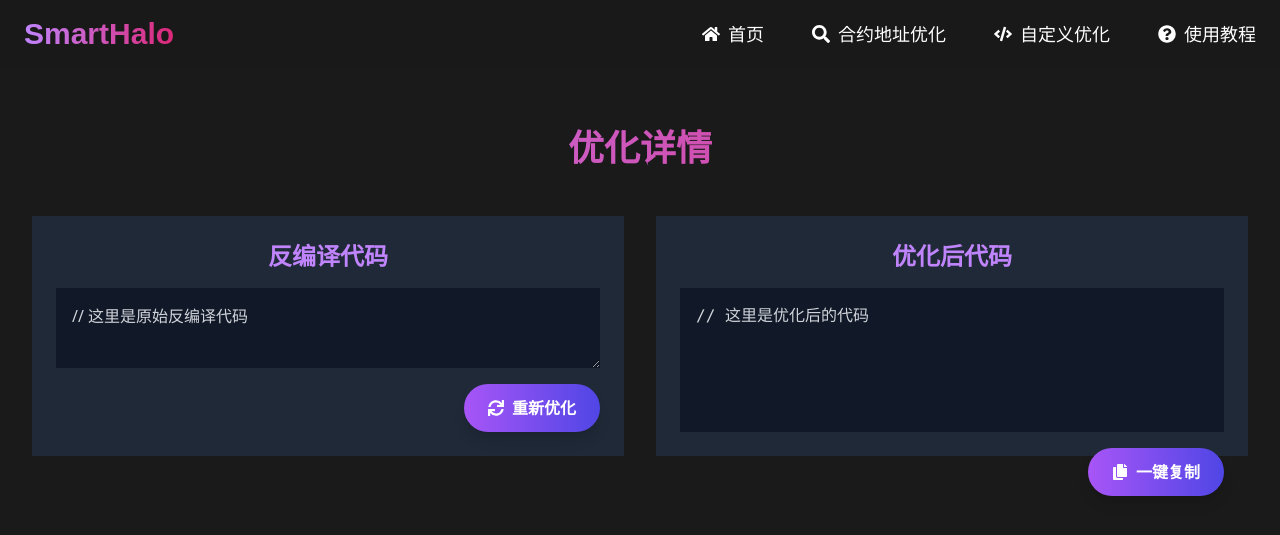
Repository: RunnerQuan/smart-halo
Page: /optimization-details
These files come from the project's save history. The page is drawn as it stood at one moment and after a run of saves; the edit follows.
The browser window is 1280 px wide. The pictures show the whole page.
The project was rebuilt for these pictures with package versions that can differ from the ones it lists, and the page was loaded fresh each time. The framework's server and built-in components were replaced by stand-ins that run in the browser. Also part of the build but not shown: next.config.mjs.

Above is the page before, as saved 2024-10-18 14:42:43.

### app/optimization-details/page.tsx
// "use client";

// import { useState } from 'react';
// import { motion } from 'framer-motion';
// import AnimatedButton from '../../components/ui/animated-button';
// import Navbar from '../../components/Navbar';
// import { FaCopy, FaSync } from 'react-icons/fa';

// export default function OptimizationDetails() {
//   const [isCopied, setIsCopied] = useState(false);
//   const [originalCode, setOriginalCode] = useState('// 这里是原始反编译代码');
//   const [optimizedCode, setOptimizedCode] = useState('// 这里是优化后的代码');

//   const handleCopy = () => {
//     navigator.clipboard.writeText(optimizedCode);
//     setIsCopied(true);
//     setTimeout(() => setIsCopied(false), 2000);
//   };

//   const handleReoptimize = () => {
//     // 这里应该是重新优化的逻辑
//     console.log("重新优化");
//   };

//   return (
//     <main className="flex min-h-screen flex-col items-center justify-start p-8 bg-[#1A1A1A] text-white font-sans">
//       <Navbar />
//       <div className="mt-24 w-full max-w-7xl mx-auto">
//         <motion.h1
//           className="text-4xl font-bold mb-12 text-center text-transparent bg-clip-text bg-gradient-to-r from-purple-400 to-pink-600"
//           initial={{ opacity: 0, y: -50 }}
//           animate={{ opacity: 1, y: 0 }}
//           transition={{ duration: 0.5 }}
//         >
//           优化详情
//         </motion.h1>

//         <div className="w-full flex flex-col md:flex-row space-y-8 md:space-y-0 md:space-x-8">
//           <motion.div
//             className="flex-1 bg-gray-800 rounded-lg p-6 relative"
//             initial={{ opacity: 0, x: -50 }}
//             animate={{ opacity: 1, x: 0 }}
//             transition={{ duration: 0.5, delay: 0.2 }}
//           >
//             <h2 className="text-2xl font-semibold mb-4 text-purple-400 text-center">反编译代码</h2>
//             <textarea
//               className="w-full h-[calc(100vh-300px)] bg-gray-900 text-gray-300 p-4 rounded-lg focus:outline-none focus:ring-2 focus:ring-purple-500"
//               value={originalCode}
//               onChange={(e) => setOriginalCode(e.target.value)}
//             ></textarea>
//             <div className="absolute bottom-4 right-4">
//               <AnimatedButton onClick={handleReoptimize} className="flex items-center">
//                 <FaSync className="mr-2" />
//                 重新优化
//               </AnimatedButton>
//             </div>
//           </motion.div>

//           <motion.div
//             className="flex-1 bg-gray-800 rounded-lg p-6"
//             initial={{ opacity: 0, x: 50 }}
//             animate={{ opacity: 1, x: 0 }}
//             transition={{ duration: 0.5, delay: 0.4 }}
//           >
//             <h2 className="text-2xl font-semibold mb-4 text-purple-400 text-center">优化后代码</h2>
//             <div className="relative">
//               <pre className="w-full h-[calc(100vh-300px)] bg-gray-900 text-gray-300 p-4 rounded-lg overflow-auto">
//                 {optimizedCode}
//               </pre>
//               <div className="absolute bottom-4 right-4">
//                 <AnimatedButton onClick={handleCopy} className="flex items-center">
//                   <FaCopy className="mr-2" />
//                   一键复制
//                 </AnimatedButton>
//               </div>
//             </div>
//           </motion.div>
//         </div>

//         {isCopied && (
//           <motion.div
//             className="fixed bottom-8 right-8 bg-green-500 text-white px-4 py-2 rounded-lg shadow-lg"
//             initial={{ opacity: 0, y: 50 }}
//             animate={{ opacity: 1, y: 0 }}
//             exit={{ opacity: 0, y: 50 }}
//           >
//             优化后代码已复制到剪贴板
//           </motion.div>
//         )}
//       </div>
//     </main>
//   );
// }

"use client";

import { useState } from 'react';
import { motion } from 'framer-motion';
import AnimatedButton from '../../components/ui/animated-button';
import Navbar from '../../components/Navbar';
import { FaCopy, FaSync } from 'react-icons/fa';

export default function OptimizationDetails() {
  const [isCopied, setIsCopied] = useState(false);
  const [originalCode, setOriginalCode] = useState('// 这里是原始反编译代码');
  const [optimizedCode, setOptimizedCode] = useState('// 这里是优化后的代码');

  const handleCopy = () => {
    navigator.clipboard.writeText(optimizedCode);
    setIsCopied(true);
    setTimeout(() => setIsCopied(false), 2000);
  };

  const handleReoptimize = () => {
    // 这里应该是重新优化的逻辑
    console.log("重新优化");
  };

  return (
    <main className="flex min-h-screen flex-col items-center justify-start p-8 bg-[#1A1A1A] text-white font-sans">
      <Navbar />
      <div className="mt-24 w-full max-w-7xl mx-auto">
        <motion.h1
          className="text-4xl font-bold mb-12 text-center text-transparent bg-clip-text bg-gradient-to-r from-purple-400 to-pink-600"
          initial={{ opacity: 0, y: -50 }}
          animate={{ opacity: 1, y: 0 }}
          transition={{ duration: 0.5 }}
        >
          优化详情
        </motion.h1>

        <div className="w-full flex flex-col md:flex-row space-y-8 md:space-y-0 md:space-x-8">
          <motion.div
            className="flex-1 bg-gray-800 rounded-lg p-6 relative flex flex-col"
            initial={{ opacity: 0, x: -50 }}
            animate={{ opacity: 1, x: 0 }}
            transition={{ duration: 0.5, delay: 0.2 }}
          >
            <h2 className="text-2xl font-semibold mb-4 text-purple-400 text-center">反编译代码</h2>
            <textarea
              className="w-full flex-1 bg-gray-900 text-gray-300 p-4 rounded-lg focus:outline-none focus:ring-2 focus:ring-purple-500"
              value={originalCode}
              onChange={(e) => setOriginalCode(e.target.value)}
            ></textarea>
            <div className="mt-4 flex justify-end">
              <AnimatedButton onClick={handleReoptimize} className="flex items-center">
                <FaSync className="mr-2" />
                重新优化
              </AnimatedButton>
            </div>
          </motion.div>

          <motion.div
            className="flex-1 bg-gray-800 rounded-lg p-6 relative flex flex-col"
            initial={{ opacity: 0, x: 50 }}
            animate={{ opacity: 1, x: 0 }}
            transition={{ duration: 0.5, delay: 0.4 }}
          >
            <h2 className="text-2xl font-semibold mb-4 text-purple-400 text-center">优化后代码</h2>
            <div className="relative flex-1">
              <pre className="w-full h-full bg-gray-900 text-gray-300 p-4 rounded-lg overflow-auto">
                {optimizedCode}
              </pre>
              <div className="mt-4 flex justify-end">
                <AnimatedButton onClick={handleCopy} className="flex items-center">
                  <FaCopy className="mr-2" />
                  一键复制
                </AnimatedButton>
              </div>
            </div>
          </motion.div>
        </div>

        {isCopied && (
          <motion.div
            className="fixed bottom-8 right-8 bg-green-500 text-white px-4 py-2 rounded-lg shadow-lg"
            initial={{ opacity: 0, y: 50 }}
            animate={{ opacity: 1, y: 0 }}
            exit={{ opacity: 0, y: 50 }}
          >
            优化后代码已复制到剪贴板
          </motion.div>
        )}
      </div>
    </main>
  );
}

### app/globals.css
@import url('https://fonts.googleapis.com/css2?family=Roboto:wght@300;400;500;700&display=swap');

@tailwind base;
@tailwind components;
@tailwind utilities;

:root {
  --foreground-rgb: 255, 255, 255;
  --background-start-rgb: 42, 42, 42;
  --background-end-rgb: 42, 42, 42;
}

body {
  color: rgb(var(--foreground-rgb));
  background: linear-gradient(
      to bottom,
      transparent,
      rgb(var(--background-end-rgb))
    )
    rgb(var(--background-start-rgb));
  font-family: 'Roboto', sans-serif;
}

### components/ui/animated-button.tsx
import React from 'react';

interface AnimatedButtonProps extends React.ButtonHTMLAttributes<HTMLButtonElement> {
  children: React.ReactNode;
}

const AnimatedButton: React.FC<AnimatedButtonProps> = ({ children, className, ...props }) => {
  return (
    <button
      className={`
        px-6 py-3 rounded-full text-white font-semibold
        bg-gradient-to-r from-purple-500 to-indigo-600
        hover:from-purple-600 hover:to-indigo-700
        transform hover:scale-105 transition duration-300 ease-in-out
        focus:outline-none focus:ring-2 focus:ring-purple-500 focus:ring-opacity-50
        shadow-lg hover:shadow-xl
        ${className}
      `}
      {...props}
    >
      {children}
    </button>
  );
};

export default AnimatedButton;

### components/Navbar.tsx
import Link from "next/link";
import { FaHome, FaCode, FaSearch, FaQuestionCircle } from 'react-icons/fa';

const navItems = [
  { name: '首页', href: '/', icon: <FaHome className="mr-2" /> },
  { name: '合约地址优化', href: '/contract-optimization', icon: <FaSearch className="mr-2" /> },
  { name: '自定义优化', href: '/custom-optimization', icon: <FaCode className="mr-2" /> },
  { name: '使用教程', href: '/help', icon: <FaQuestionCircle className="mr-2" /> },
];

export default function Navbar() {
  return (
    <nav className="fixed top-0 left-0 right-0 z-10 bg-[#1A1A1A] bg-opacity-80 backdrop-filter backdrop-blur-lg">
      <div className="container mx-auto px-6 py-4 flex justify-between items-center">
        <Link href="/" className="flex items-center">
          <span className="text-3xl font-bold bg-clip-text text-transparent bg-gradient-to-r from-purple-400 to-pink-600 font-tech">
            SmartHalo
          </span>
        </Link>
        <div className="hidden md:flex items-center space-x-12 text-lg">
          {navItems.map((item) => (
            <Link key={item.name} href={item.href} className="flex items-center">
              <span className="flex items-center">
                {item.icon}
                {item.name}
              </span>
            </Link>
          ))}
        </div>
      </div>
    </nav>
  );
}

### tailwind.config.js
module.exports = {
    darkMode: ['class'],
    content: [
    './pages/**/*.{js,ts,jsx,tsx,mdx}',
    './components/**/*.{js,ts,jsx,tsx,mdx}',
    './app/**/*.{js,ts,jsx,tsx,mdx}',
  ],
  theme: {
  	extend: {
  		fontFamily: {
  			harmonyos: ['HarmonyOS Sans', 'sans-serif'],
  			song: ['Noto Serif SC', 'serif'],
  			'noto-sans': ['Noto Sans SC', 'sans-serif'],
  			'tech': ['Orbitron', 'sans-serif']
  		},
  		backgroundImage: {
  			'gradient-radial': 'radial-gradient(var(--tw-gradient-stops))',
  			'gradient-conic': 'conic-gradient(from 180deg at 50% 50%, var(--tw-gradient-stops))'
  		},
  		borderRadius: {
  			lg: 'var(--radius)',
  			md: 'calc(var(--radius) - 2px)',
  			sm: 'calc(var(--radius) - 4px)'
  		},
  		colors: {
  			background: 'hsl(var(--background))',
  			foreground: 'hsl(var(--foreground))',
  			card: {
  				DEFAULT: 'hsl(var(--card))',
  				foreground: 'hsl(var(--card-foreground))'
  			},
  			popover: {
  				DEFAULT: 'hsl(var(--popover))',
  				foreground: 'hsl(var(--popover-foreground))'
  			},
  			primary: {
  				DEFAULT: 'hsl(var(--primary))',
  				foreground: 'hsl(var(--primary-foreground))'
  			},
  			secondary: {
  				DEFAULT: 'hsl(var(--secondary))',
  				foreground: 'hsl(var(--secondary-foreground))'
  			},
  			muted: {
  				DEFAULT: 'hsl(var(--muted))',
  				foreground: 'hsl(var(--muted-foreground))'
  			},
  			accent: {
  				DEFAULT: 'hsl(var(--accent))',
  				foreground: 'hsl(var(--accent-foreground))'
  			},
  			destructive: {
  				DEFAULT: 'hsl(var(--destructive))',
  				foreground: 'hsl(var(--destructive-foreground))'
  			},
  			border: 'hsl(var(--border))',
  			input: 'hsl(var(--input))',
  			ring: 'hsl(var(--ring))',
  			chart: {
  				'1': 'hsl(var(--chart-1))',
  				'2': 'hsl(var(--chart-2))',
  				'3': 'hsl(var(--chart-3))',
  				'4': 'hsl(var(--chart-4))',
  				'5': 'hsl(var(--chart-5))'
  			}
  		},
  		animation: {
  			pulse: 'pulse var(--duration) ease-out infinite'
  		},
  		keyframes: {
  			pulse: {
  				'0%, 100%': {
  					boxShadow: '0 0 0 0 var(--pulse-color)'
  				},
  				'50%': {
  					boxShadow: '0 0 0 8px var(--pulse-color)'
  				}
  			}
  		}
  	}
  },
  plugins: [require("tailwindcss-animate")],
}

Loaded but not shown: app/layout.tsx (common file)

After the next 2 saves:
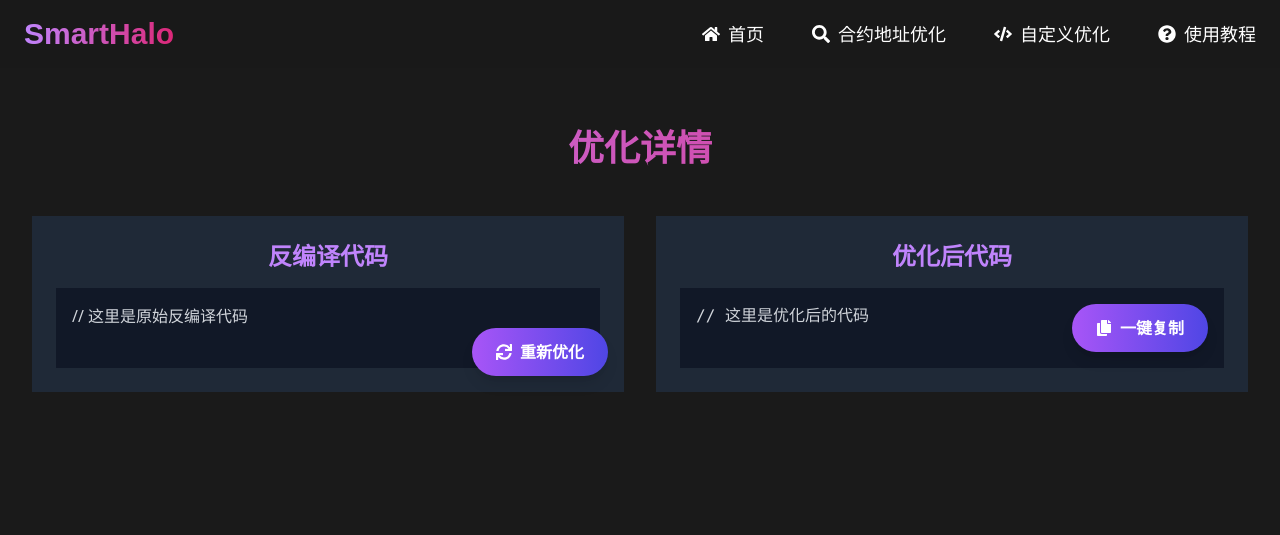
The 2 saves are shown as one change because 1 did not build or start.
The last was saved 82 s later.
--- a/app/optimization-details/page.tsx
+++ b/app/optimization-details/page.tsx
@@ -142,7 +142,7 @@ export default function OptimizationDetails() {
               value={originalCode}
               onChange={(e) => setOriginalCode(e.target.value)}
             ></textarea>
-            <div className="mt-4 flex justify-end">
+            <div className="absolute bottom-4 right-4">
               <AnimatedButton onClick={handleReoptimize} className="flex items-center">
                 <FaSync className="mr-2" />
                 重新优化
@@ -161,7 +161,7 @@ export default function OptimizationDetails() {
               <pre className="w-full h-full bg-gray-900 text-gray-300 p-4 rounded-lg overflow-auto">
                 {optimizedCode}
               </pre>
-              <div className="mt-4 flex justify-end">
+              <div className="absolute bottom-4 right-4">
                 <AnimatedButton onClick={handleCopy} className="flex items-center">
                   <FaCopy className="mr-2" />
                   一键复制
